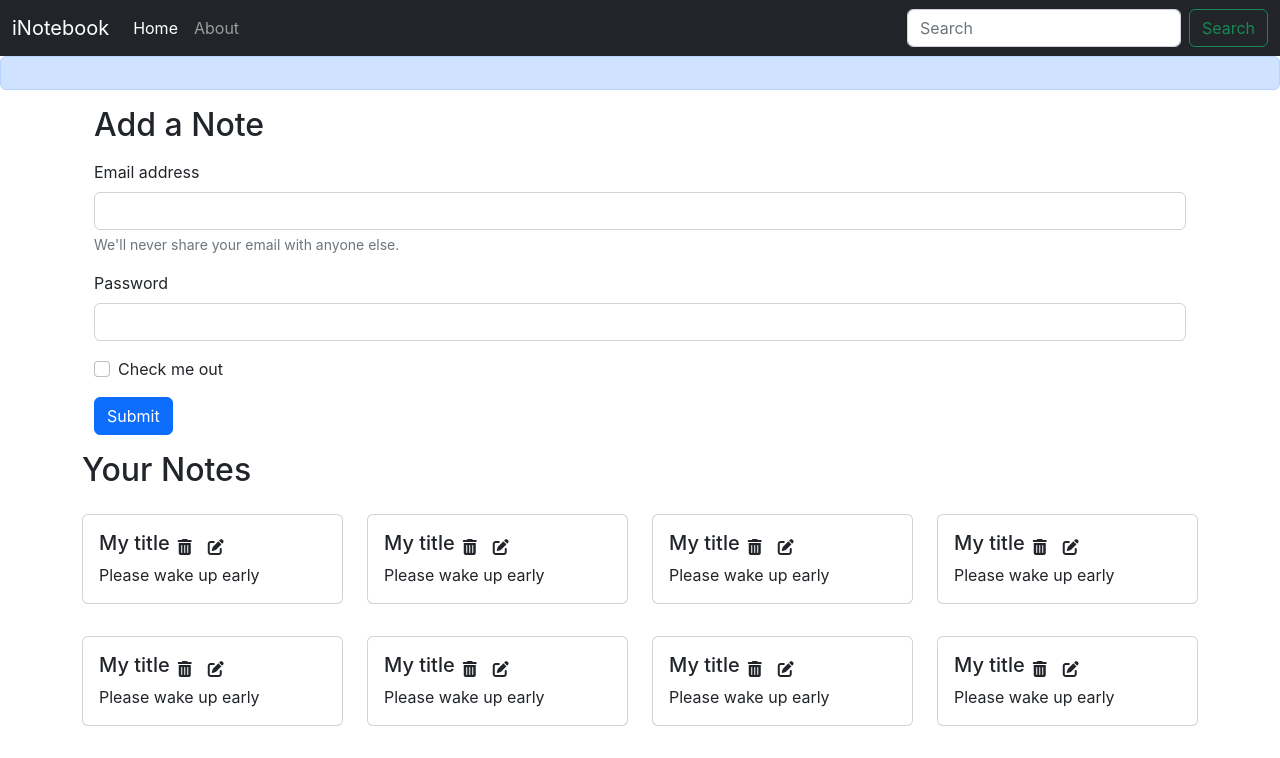
Repository: SatishPatil108/iNotebook-React
Page: /
An editor plug-in stored every save of this project. The page is shown before and after the next save, followed by the edit.
The browser window is 1280 px wide. The pictures show the whole page.
Some web libraries are served in a nearby version. The project was rebuilt for these pictures with package versions that can differ from the ones it lists, and the page was loaded fresh each time. Also part of the build but not shown: src/App.css, src/components/About.js.

Above is the page before, as saved 2022-07-25 13:47:09.

After the next save:
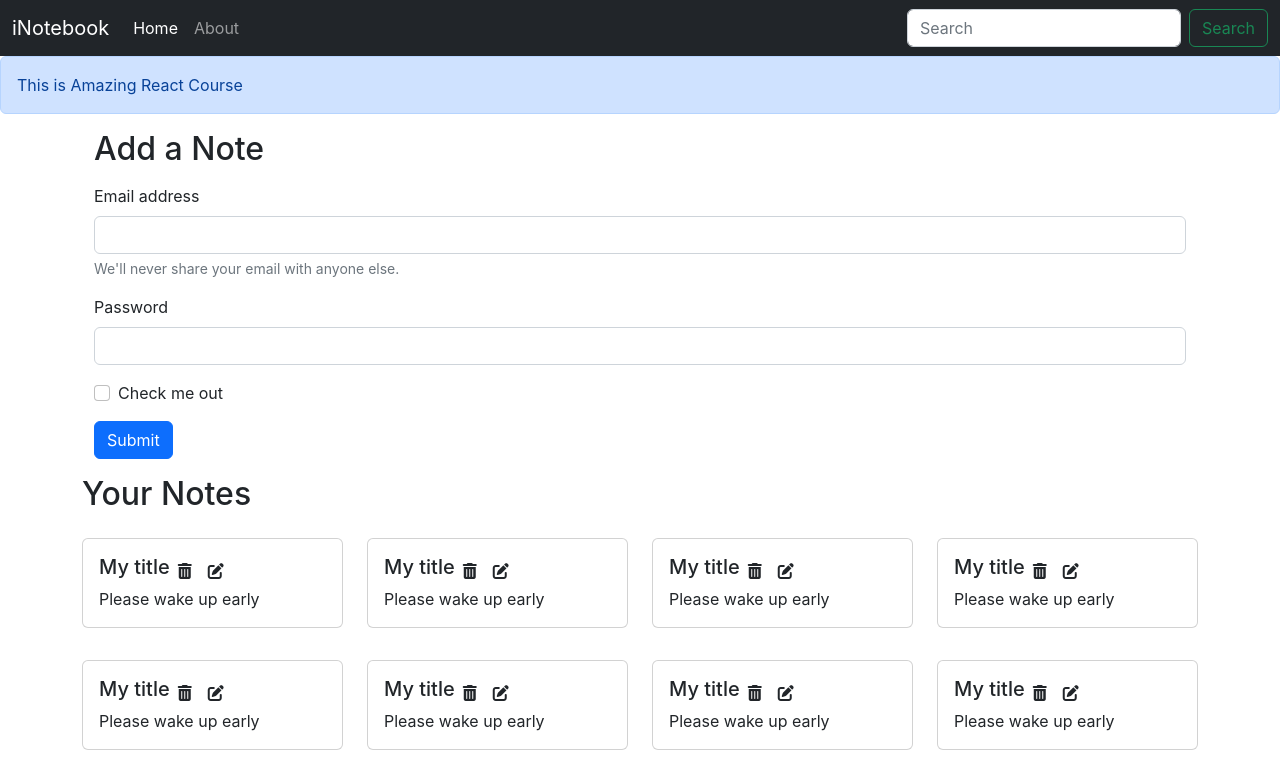
Saved 119 s later.
--- a/src/App.js
+++ b/src/App.js
@@ -16,7 +16,7 @@
       <NoteState>
         <Router>
           <Navbar />
-          <Alert />
+          <Alert message="This is Amazing React Course" />
           <div className="container">
             <Routes>
               <Route exact path="/" element={<Home />}></Route>
